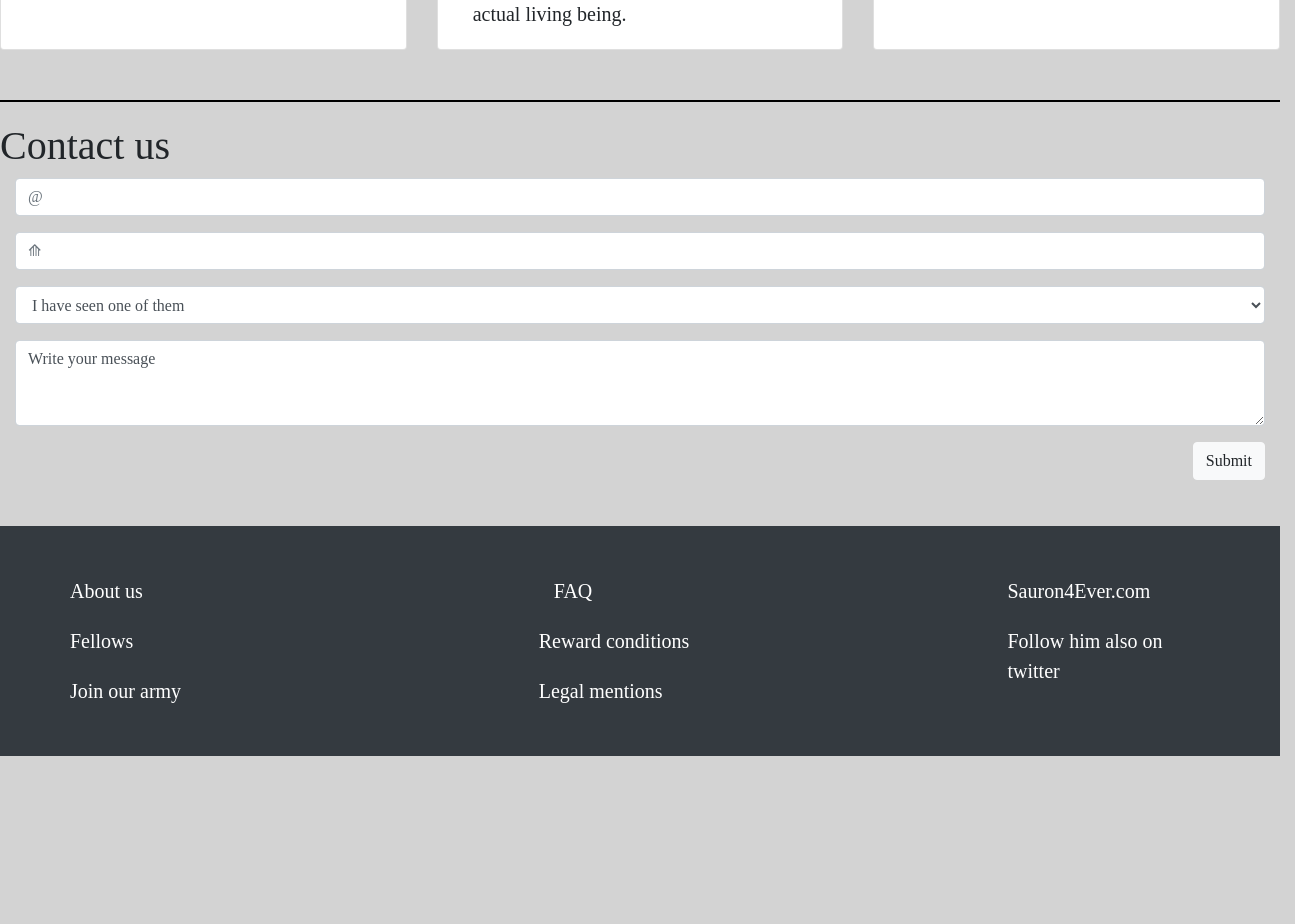
Repository: Khaleddwm/FindThePrecious
Page: index.html
An editor plug-in stored every save of this project. The page is shown before and after the next save, followed by the edit.
The browser window is 1280 px wide. The page is 1295 px wide, so the pictures cover 1295 px, including what lies to the right of the window. The pictures show the part of the page from y = 1810 to 2734 px (the page is 2734 px tall).
Some web fonts or font styles are not loaded; a fallback is used.

Above is the page before, as saved 2020-05-25 01:02:25.

### index.html
<!DOCTYPE html>
<html lang="en">
<head>
    <meta charset="UTF-8">
    <meta name="viewport" content="width=device-width, initial-scale=1.0">
    <title>FindThePrecious</title>
    <link href="https://fonts.googleapis.com/css2?family=Bad+Script&display=swap" rel="stylesheet">
    <!-- CSS only -->
    <link rel="stylesheet" href="https://stackpath.bootstrapcdn.com/bootstrap/4.5.0/css/bootstrap.min.css" integrity="sha384-9aIt2nRpC12Uk9gS9baDl411NQApFmC26EwAOH8WgZl5MYYxFfc+NcPb1dKGj7Sk" crossorigin="anonymous">
    <link rel="stylesheet" href="https://cdnjs.cloudflare.com/ajax/libs/font-awesome/4.7.0/css/font-awesome.min.css">
    <link rel="stylesheet" href="style.css">
    <!-- JS, Popper.js, and jQuery -->
    <script src="https://code.jquery.com/jquery-3.5.1.slim.min.js" integrity="sha384-DfXdz2htPH0lsSSs5nCTpuj/zy4C+OGpamoFVy38MVBnE+IbbVYUew+OrCXaRkfj" crossorigin="anonymous"></script>
    <script src="https://cdn.jsdelivr.net/npm/popper.js@1.16.0/dist/umd/popper.min.js" integrity="sha384-Q6E9RHvbIyZFJoft+2mJbHaEWldlvI9IOYy5n3zV9zzTtmI3UksdQRVvoxMfooAo" crossorigin="anonymous"></script>
    <script src="https://stackpath.bootstrapcdn.com/bootstrap/4.5.0/js/bootstrap.min.js" integrity="sha384-OgVRvuATP1z7JjHLkuOU7Xw704+h835Lr+6QL9UvYjZE3Ipu6Tp75j7Bh/kR0JKI" crossorigin="anonymous"></script>
</head>
<body>
    <nav class="navbar navbar-expand-sm navbar-dark bg-dark">
        <a href"index.html" class="titleNav navbar-brand">FindThePrecious.com</a>
        <button class="navbar-toggler" data-toggle="collapse" data-target="#navbarMenu">
            <span class="navbar-toggler-icon"></span>
        </button>
        <div class="collapse navbar-collapse" id="navbarMenu">
            <ul class="navbar-nav">
                <li class="nav-item">
                    <a href="#" class="nav-link">Fellows</a>
                </li>
                <li>
                    <a href="#" class="nav-link">Contact us</a>
                </li>
            </ul>
        </div>
    </nav>
    <div id="carouselControls" class="carousel slide" data-ride="carousel">
        <div class="carousel-inner">
            <div class="carousel-caption d-none d-block">
                <h1>Dangerous fellowship try to destroy the ring</h1>
                <p>Orcs, Goblins, Balrogs, protect your master Sauron !</p>
            </div>
            <div class="carousel-item active">
                <img class="d-block w-100" src="https://img.phonandroid.com/2018/04/seigneur-des-anneaux.jpg" alt="First slide">
            </div>
            <div class="carousel-item">
                <img class="d-block w-100" src="https://www.journaldugeek.com/content/uploads/2019/07/lord-of-the-rings-gollum-new-lotr-stealth-game-coming-2021-from-daedalic-entertainment-767717.jpg" alt="Second slide">
            </div>
            <div class="carousel-item">
                <img class="d-block w-100" src="https://vignette.wikia.nocookie.net/lotr/images/1/15/Gothmog_the_lord_of_balrogs_by_atohas-d8hf6ru.jpg/revision/latest?cb=20180410213854" alt="Third slide">
            </div>
        </div>
        <a class="carousel-control-prev" href="#carouselControls" role="button" data-slide="prev">
            <span class="carousel-control-prev-icon" aria-hidden="true"></span>
            <span class="sr-only">Previous</span>
        </a>
        <a class="carousel-control-next" href="#carouselControls" role="button" data-slide="next">
            <span class="carousel-control-next-icon" aria-hidden="true"></span>
            <span class="sr-only">Next</span>
        </a>
    </div>
    <div class="wanted">
        <div class="wanted-title">
            <h1>Fellows wanted dead (or alive if you want to eat them later)</h1>
        </div>
        <div class="card-deck">
            <div class="card col-xs-12 col-md-4">
                <img src="https://kr4v3n.github.io/Sauron/img/gandalf.png" class="card-img-top" alt="Gandalf">
                <div class="living card-img-overlay">
                    <h2>Reward 1000 gold coins</h2>
                </div>
                <div class="card-body">
                    <h2 class="card-title">Gandalf</h2>
                    <p class="card-text">
                        Gandalf was shorter in stature than the other two; but his long white hair,
                        his sweeping silver beard, and his broad shoulders, made him look like some wise king of ancient legend.
                        In his aged face under great snowy brows his eyes were set like coals that could suddenly burst into fire.
                    </p>
                </div>
            </div>
            <div class="card col-xs-12 col-md-4">
                <img src="https://kr4v3n.github.io/Sauron/img/gimli.png" class="card-img-top" alt="Gimli">
                <div class="dead card-img-overlay">
                    <h2>DEAD</h2>
                </div>
                <div class="card-body">
                    <h2 class="card-title">Gimli</h2>
                    <p class="card-text">
                        Gimli throughout the War showed perhaps the greatest open contempt for Sauron and his minions, save possibly Boromir.
                        He was a grim character, for the most part, laughing only occasionally and, though in a few rare situations inspiring amusement,
                        never joking. Due to his comments especially during the initial stage of the journey, he may be called more superstitious than the others,
                        acting very much as if Caradhras was an actual living being.
                    </p>
                </div>
            </div>
            <div class="card col-xs-12 col-md-4">
                <img src="https://kr4v3n.github.io/Sauron/img/aragorn.png" class="card-img-top" alt="Aragorn">
                <div class="living card-img-overlay">
                    <h2>Reward 250 gold coins</h2>
                </div>
                <div class="card-body">
                    <h2 class="card-title">Aragorn</h2>
                    <p class="card-text">
                        An artist's conception of Aragorn at The Prancing Pony Tolkien gives
                        a brief but detailed description of him in The Lord of the Rings: lean, dark, tall, with
                        "a shaggy head of dark hair flecked with grey, and in a pale stern face a pair of keen grey eyes."
                    </p>
                </div>
            </div>
        </div>
    </div>
    <div class="form">
        <h1>Contact us</h1>
        <form class="container-fluid">
            <div class="form-group">
                <input type="email" class="form-control" id="email" placeholder="&#64;">
            </div>
            <div class="form-group">
                <input type="email" class="form-control" id="email" placeholder="&#10224;">
            </div>
            <div class="form-group">
                <select class="form-control" id="select">
                    <option>I have seen one of them</option>
                    <option>I have lost one of them</option>
                    <option>I have find one of them</option>
                </select>
            </div>
            <div class="form-group">
                <textarea class="form-control" id="textarea" rows="3">Write your message</textarea>
            </div>
            <div class="form-group">
                <input type="submit" class="btn btn-light" id="submit" value="Submit">
            </div>
        </form>
    </div>
    <footer class="footer-classic bg-dark">
        <div class="container-fluid">
            <div class="d-flex justify-content-between">
                <div class="col-md-4 col-xl-3">
                    <ul class="nav-list">
                        <li><a href="#">About us</a></li>
                        <li><a href="#">Fellows</a></li>
                        <li><a href="#">Join our army</a></li>
                    </ul>
                </div>
                <div class=" col-xl-3">
                    <ul class="nav-list">
                        <li class="col-md-12"><a href="#">FAQ</a></li>
                        <li><a href="#">Reward conditions</a></li>
                        <li><a href="#">Legal mentions</a></li>
                    </ul>
                </div>
                <div class="col-md-4 col-xl-3">
                    <ul class="nav-list">
                        <li><a href="#">Sauron4Ever.com</a></li>
                        <li><a href="#">Follow him also on twitter</a></li>
                    </ul>
                </div>
            </div>
        </div>
    </footer>
</body>
</html>

### style.css
body {
    font-family: 'Bad Script', cursive;
    background-color: lightgrey;
}

#navbarMenu, .titleNav {
    font-size: 30px;
}

.navbar {
    overflow: hidden;
    position: fixed; /* Set the navbar to fixed position */
    top: 0; /* Position the navbar at the top of the page */
    width: 100%; /* Full width */
    z-index: 1000;
}

/* Change background on mouse-over */
#navbarMenu a:hover {
    background: lightgray;
    color: black;
}

#carouselControls {
    margin-top: 60px;
}

p {
    font-size: 20px;
}

img {
    width: auto;
    height: 600px;
}

.wanted-title {
    text-align: center;
    margin: 50px;
}
/* hover for living */
.living h2 {
    background-color: lightgray;
}

.living {
    opacity: 0;
}

.living:hover {
    opacity: 1;
    text-align: center;
}

/* hover for dead */
.dead {
    opacity: 0;
}

.dead:hover {
    opacity: 1;
    text-align: center;
    background-color: lightgray;
}

#submit {
    float: right;
}

.form {
    font-size: 30px;
    margin-top: 50px;
    margin-bottom: 100px;
    border-top: 2px solid black;
}

.form h1 {
    margin-top: 20px;
}

footer .container-fluid {
    padding-top: 30px;
    padding-bottom: 30px;
    font-size: 20px;
}



.footer-classic a, .footer-classic a:focus, .footer-classic a:active {
    color: white;
}

ul, li {
    list-style: none;
    padding: 0;
    margin: 20px;
}

After the next save:
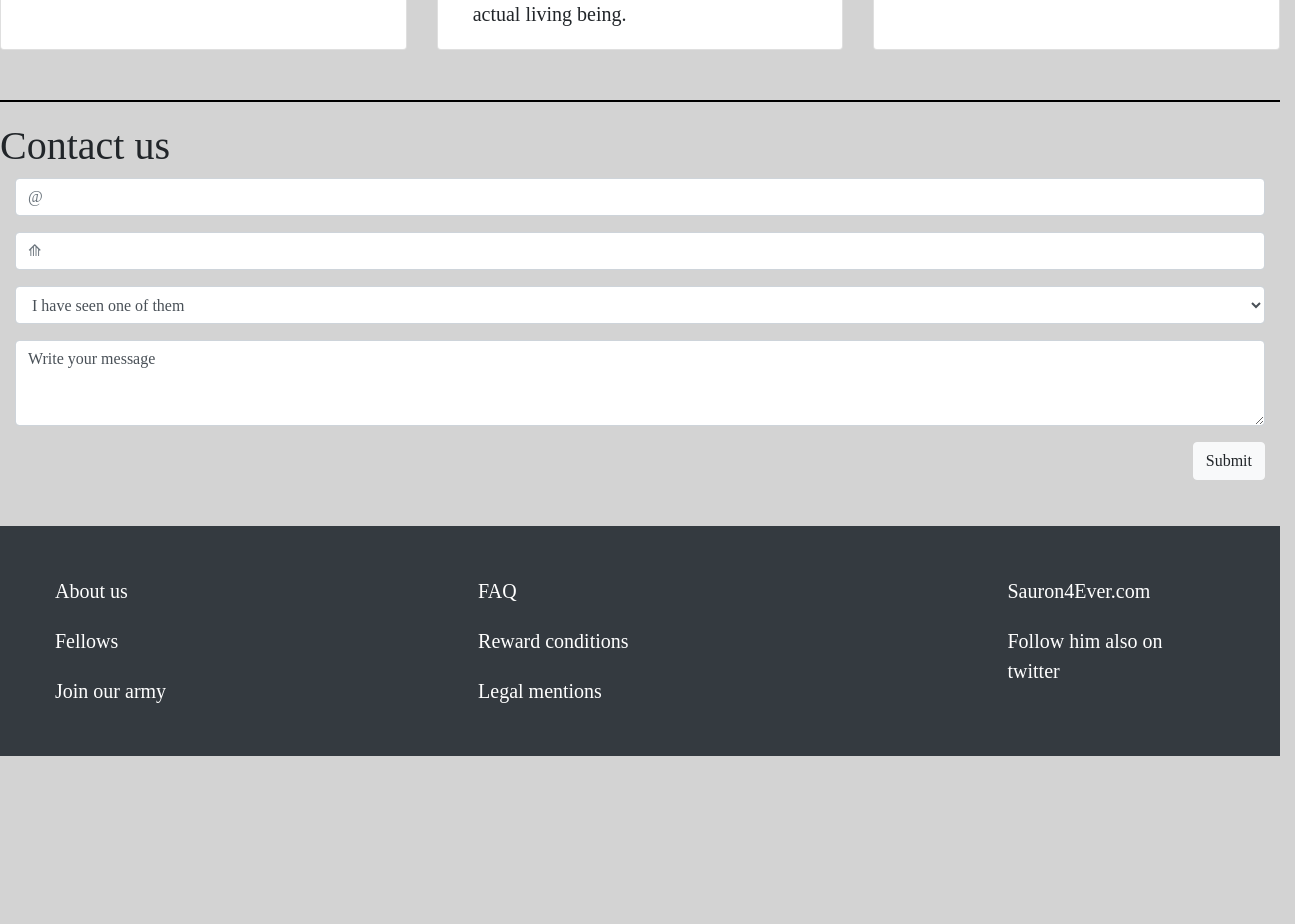
Saved 27 s later.
--- a/index.html
+++ b/index.html
@@ -133,16 +133,16 @@
     <footer class="footer-classic bg-dark">
         <div class="container-fluid">
             <div class="d-flex justify-content-between">
-                <div class="col-md-4 col-xl-3">
+                <div class="">
                     <ul class="nav-list">
                         <li><a href="#">About us</a></li>
                         <li><a href="#">Fellows</a></li>
                         <li><a href="#">Join our army</a></li>
                     </ul>
                 </div>
-                <div class=" col-xl-3">
+                <div class="col-md-4 col-xl-3">
                     <ul class="nav-list">
-                        <li class="col-md-12"><a href="#">FAQ</a></li>
+                        <li><a href="#">FAQ</a></li>
                         <li><a href="#">Reward conditions</a></li>
                         <li><a href="#">Legal mentions</a></li>
                     </ul>
